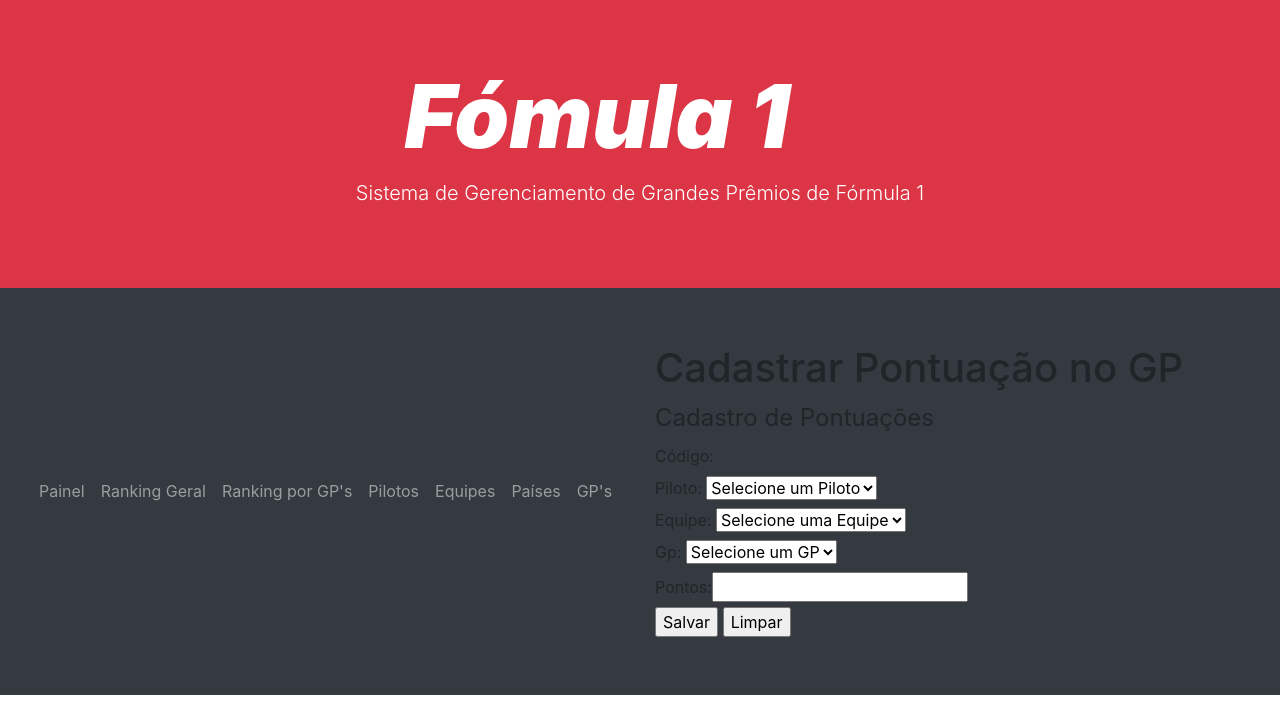
Repository: lperalta13/Formula1_Java
Page: http://localhost/formula1/pontuacao.jsp
The author's editor kept a copy of each file at every save. The page is drawn from the files as they stood at one save, then again after the next save.
The browser window is 1280 px wide. The pictures show the whole page.
The page is served by Tomcat 9. Other server files are loaded and not shown. The template is opened directly, without the code that normally fills it, so the values that code supplies are empty.

Above is the page before, as saved 2019-12-11 21:05:40.

### formula1/WebContent/pontuacao.jsp
<%@page import="org.apache.jasper.tagplugins.jstl.core.ForEach"%>
<%@ page language="java" contentType="text/html; charset=ISO-8859-1"
	pageEncoding="ISO-8859-1"%>
<%@ page import="java.util.List,br.com.empresa.model.Piloto" %>
<%@ page import="java.util.List,br.com.empresa.model.Equipe" %>
<%@ page import="java.util.List,br.com.empresa.model.Gp" %>
<%@ taglib uri="http://java.sun.com/jsp/jstl/core" prefix="c"%>
<%@ taglib uri="http://java.sun.com/jsp/jstl/fmt" prefix="fmt"%>

<!DOCTYPE html>
<html lang="pt">
<head><head>
    <meta charset="UTF-8">
    <meta name="viewport" content="width=device-width, initial-scale=1, shrink-to-fit=no">
    <title>Fómula 1</title>
    <!-- Bootstrap core CSS -->
    <link rel="stylesheet" href="https://stackpath.bootstrapcdn.com/bootstrap/4.3.1/css/bootstrap.min.css" integrity="sha384-ggOyR0iXCbMQv3Xipma34MD+dH/1fQ784/j6cY/iJTQUOhcWr7x9JvoRxT2MZw1T" crossorigin="anonymous">
    <link rel="stylesheet" href="css/pro.css">

    <style type="text/css">
        img{
            height: calc(100vh - 463px);
            object-fit: cover;
        }
        .container:nth-of-type(2){
            min-height: calc(100vh - 463px);
            margin-bottom: 50px;
        }
    </style>

</head>
<body class="position-relative">
  <div class="jumbotron jumbotron-fluid mb-0 bg-danger text-white">
    <div class="container text-center">
      <h1 class="display-2 font-italic font-weight-bold"><strong> Fómula 1 </strong><i class="fas fa-tire fa-spin"></i></h1>
      <p class="lead">Sistema de Gerenciamento de Grandes Prêmios de Fórmula 1</p>
    </div>
  </div>
  <nav class="navbar navbar-expand-lg navbar-dark bg-dark">
    <div class="container">
      <div class="collapse navbar-collapse" id="navbarNavDropdown">
        <ul class="navbar-nav mr-auto">
            <li class="nav-item">
              <a class="nav-link" href="dashboard.html">Painel<span class="sr-only">(Página atual)</span></a>
            </li>
          <li class="nav-item">
            <a class="nav-link" href="listar-ranking.php">Ranking Geral</a>
          </li>
          <li class="nav-item">
            <a class="nav-link" href="listar-campeaoporgp.php">Ranking por GP's</a>
          </li>
          <li class="nav-item">
            <a class="nav-link" href="listar-pilotos.php">Pilotos</a>
          </li>
          <li class="nav-item">
            <a class="nav-link" href="listar-equipes.php">Equipes</a>
          </li>
          <li class="nav-item">
            <a class="nav-link" href="listar-paises.php">Países</a>
          </li>
          <li class="nav-item">
            <a class="nav-link" href="listar-gp.php">GP's</a>
          </li>
        </ul>
      </div>
    </div>
<div class="container">
	<div class="row mt-5">
		<div class="col-md-12">
			<h1>Cadastrar Pontuação no GP</h1>
		<form method="get" action="cadPontuacao">
			<fieldset>
				<legend>Cadastro de Pontuações</legend>
				<label>Código: </label><input type="hidden" name="codigo" />
				<br />
				<label>Piloto:</label>
				<select name="piloto">
					<option value="">Selecione um Piloto</option>
					<c:forEach var="piloto" items="${pilotos}">
						<option value="${piloto.codigo}" >
							${piloto.nome}</option>
					</c:forEach>
				</select>
				<br/>
				<label>Equipe:</label>
				<select name="equipe">
					<option value="">Selecione uma Equipe</option>
					<c:forEach var="equipe" items="${equipes}">
						<option value="${equipe.codigo}" >
							${equipe.descricao}</option>
					</c:forEach>
				</select>
				<br/>
				<label>Gp:</label>
				<select name="gp">
					<option value="">Selecione um GP</option>
					<c:forEach var="gp" items="${gps}">
						<option value="${gp.codigo}" >
							${gp.descricao}</option>
					</c:forEach>
				</select>
				<br/>

				<label>Pontos:</label><input type="text" name="pontos" />
				<br />

				<input type="submit" value="Salvar">
				<input type="reset" value="Limpar">
				<br />
			</fieldset>
		</form>
	</div>
	</div>
	</div>

</body>
</html>

Loaded but not shown: formula1/WebContent/css/pro.css (library)

After the next save:
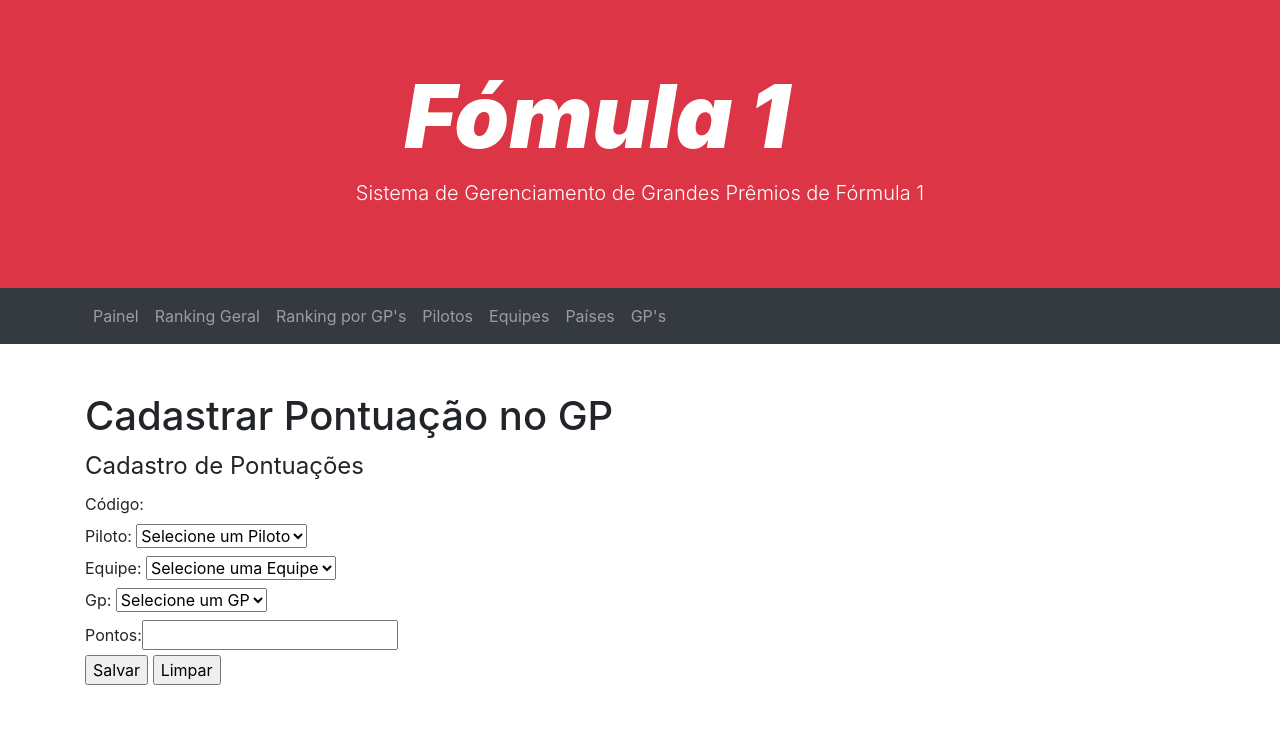
Saved 53 s later.
--- a/formula1/WebContent/pontuacao.jsp
+++ b/formula1/WebContent/pontuacao.jsp
@@ -64,6 +64,7 @@
         </ul>
       </div>
     </div>
+    </nav>
 <div class="container">
 	<div class="row mt-5">
 		<div class="col-md-12">
